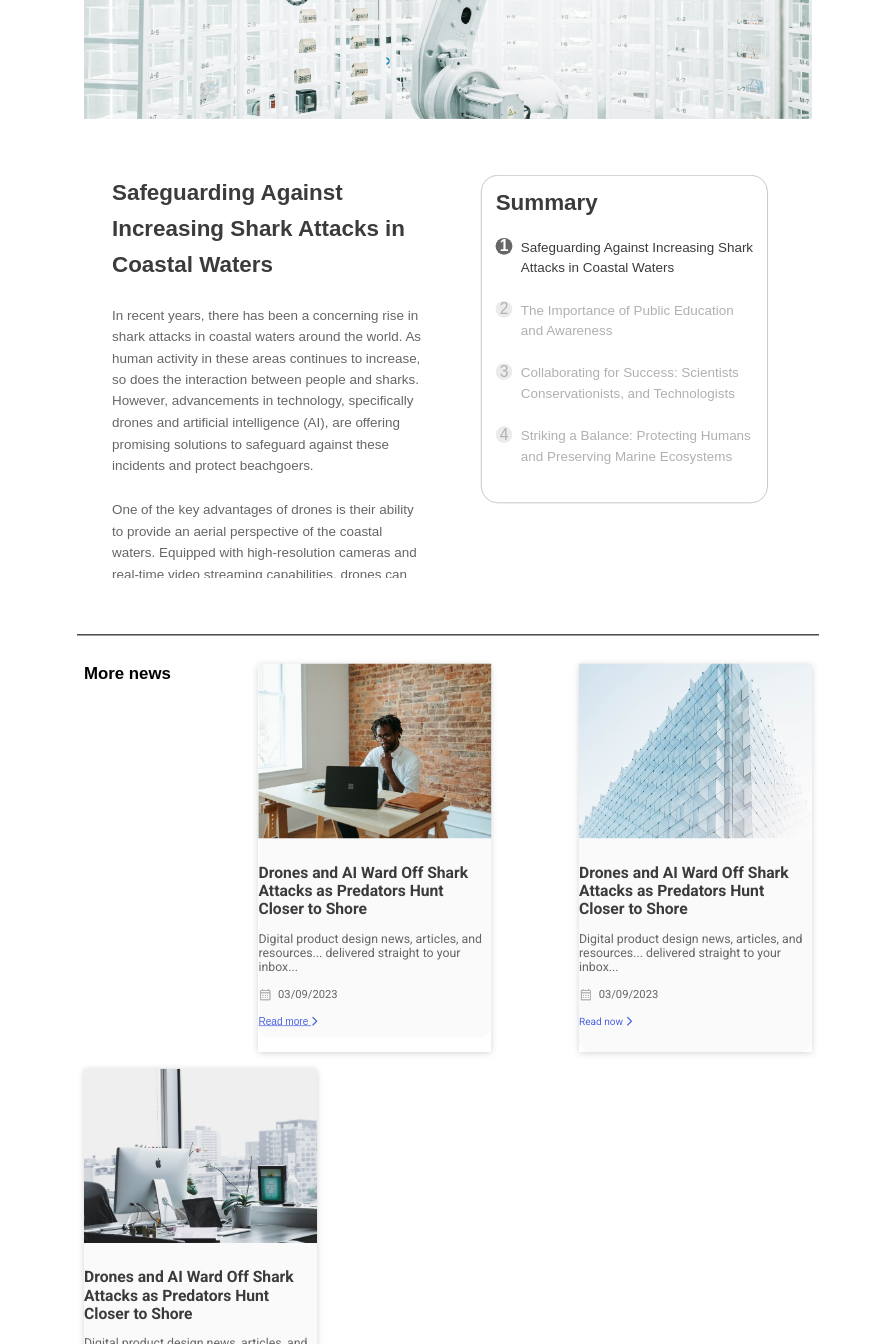
Repository: trunghau06/baitapRn
Page: pages/detailNews.html
An editor plug-in stored every save of this project. The page is shown before and after the next save, followed by the edit.
The browser window is 1280 px wide. The pictures show the part of the page from y = 487 to 2407 px (the page is 3678 px tall before and 4119 px after), at 70% of full size.
An inner scrolling area shows only its first screen.

Above is the page before, as saved 2025-10-12 12:29:38.

After the next save:
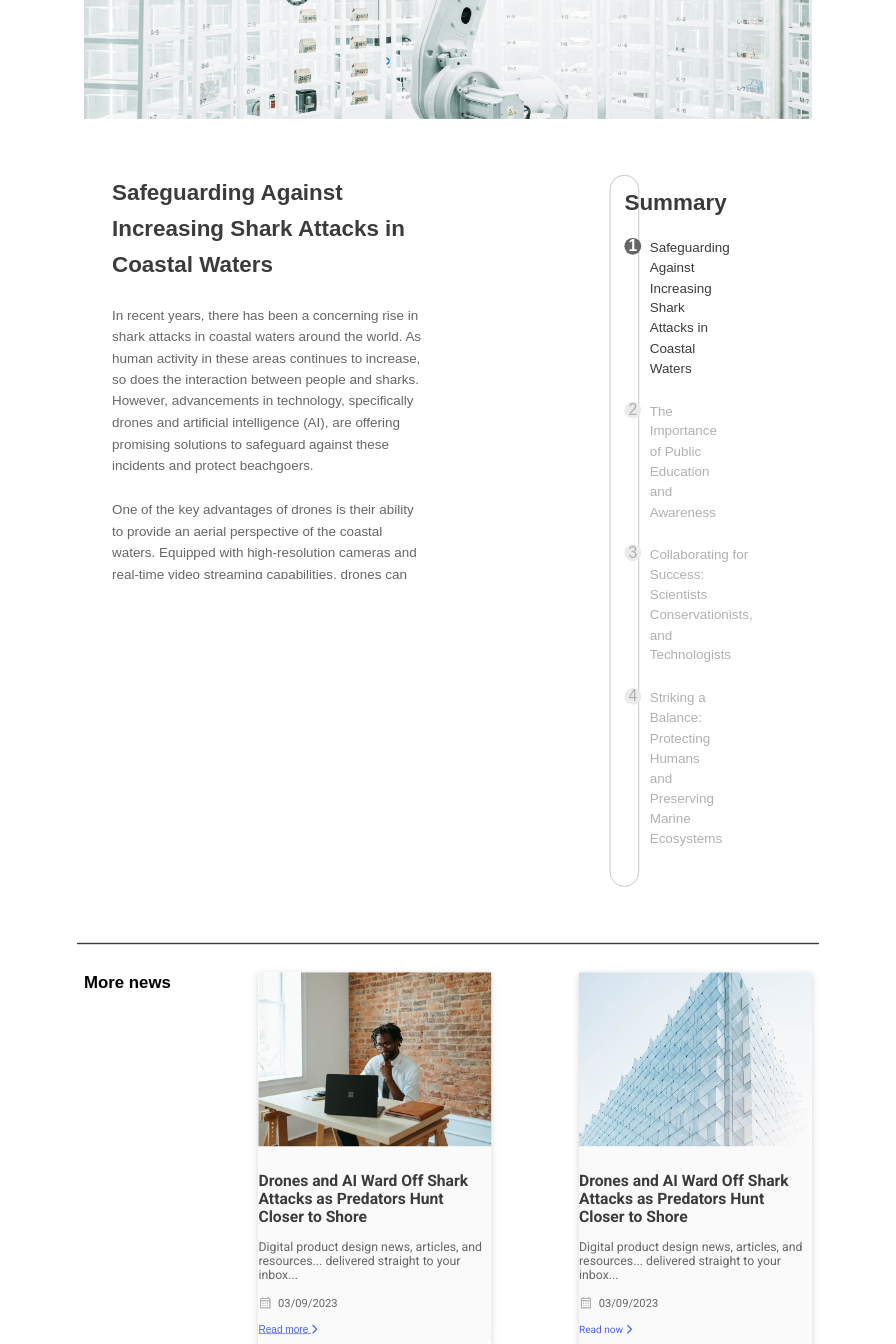
Saved 43 s later.
--- a/style/detailnews.css
+++ b/style/detailnews.css
@@ -163,7 +163,7 @@ nav {
 }
 
 .box-right {
-    width: 90%;
+    width: 0%;
     display: flex;
     flex-direction: column;
     justify-items: flex-start;

After the save that followed:
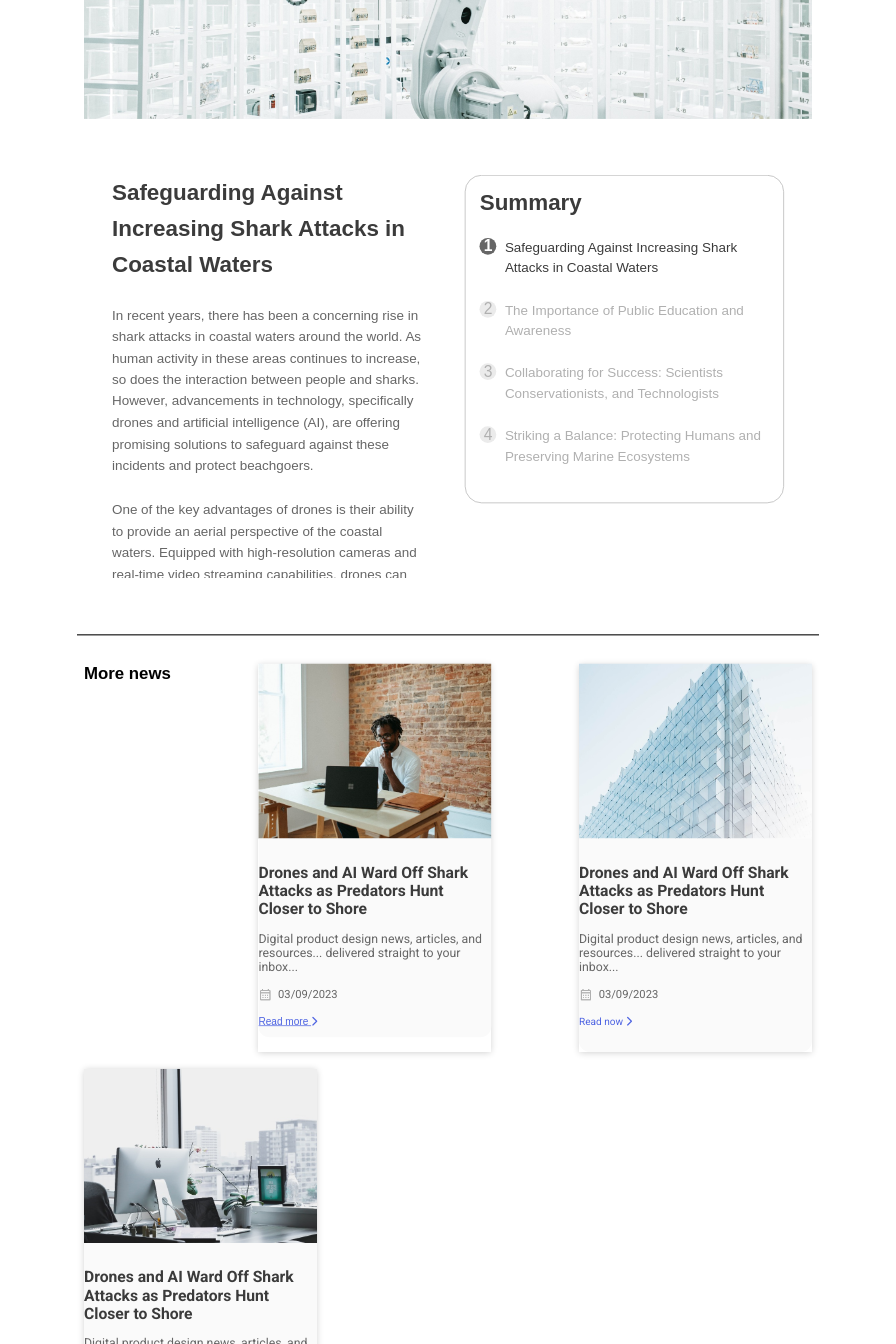
Saved 9 s later.
--- a/style/detailnews.css
+++ b/style/detailnews.css
@@ -163,7 +163,7 @@ nav {
 }
 
 .box-right {
-    width: 0%;
+    width: 100%;
     display: flex;
     flex-direction: column;
     justify-items: flex-start;
